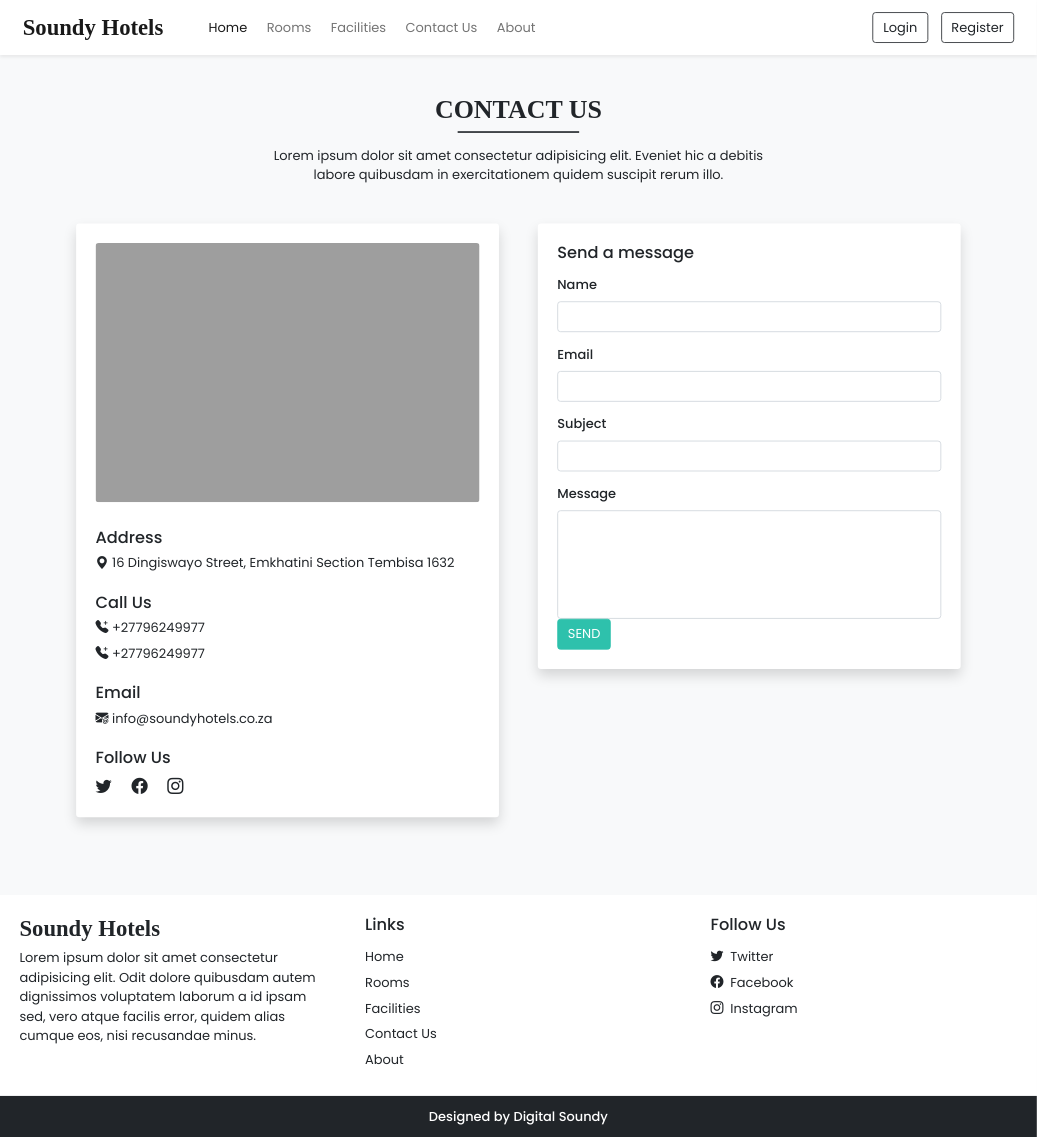
Repository: spencersoundy/Hotel-Booking-App
Page: http://localhost/contact.php
These files come from the project's save history. The page is drawn as it stood at one moment and after a run of saves; the edit follows.
The browser window is 1280 px wide. The pictures show the whole page, at 81% of full size.
Pictures or frames that could not be fetched are drawn as grey boxes. Some web fonts or font styles are not loaded; a fallback is used. The page is run by PHP 8.4 with error messages shown; the project is at /var/www/html/.

Above is the page before, as saved 2023-08-05 00:06:26.

After the next 3 saves:
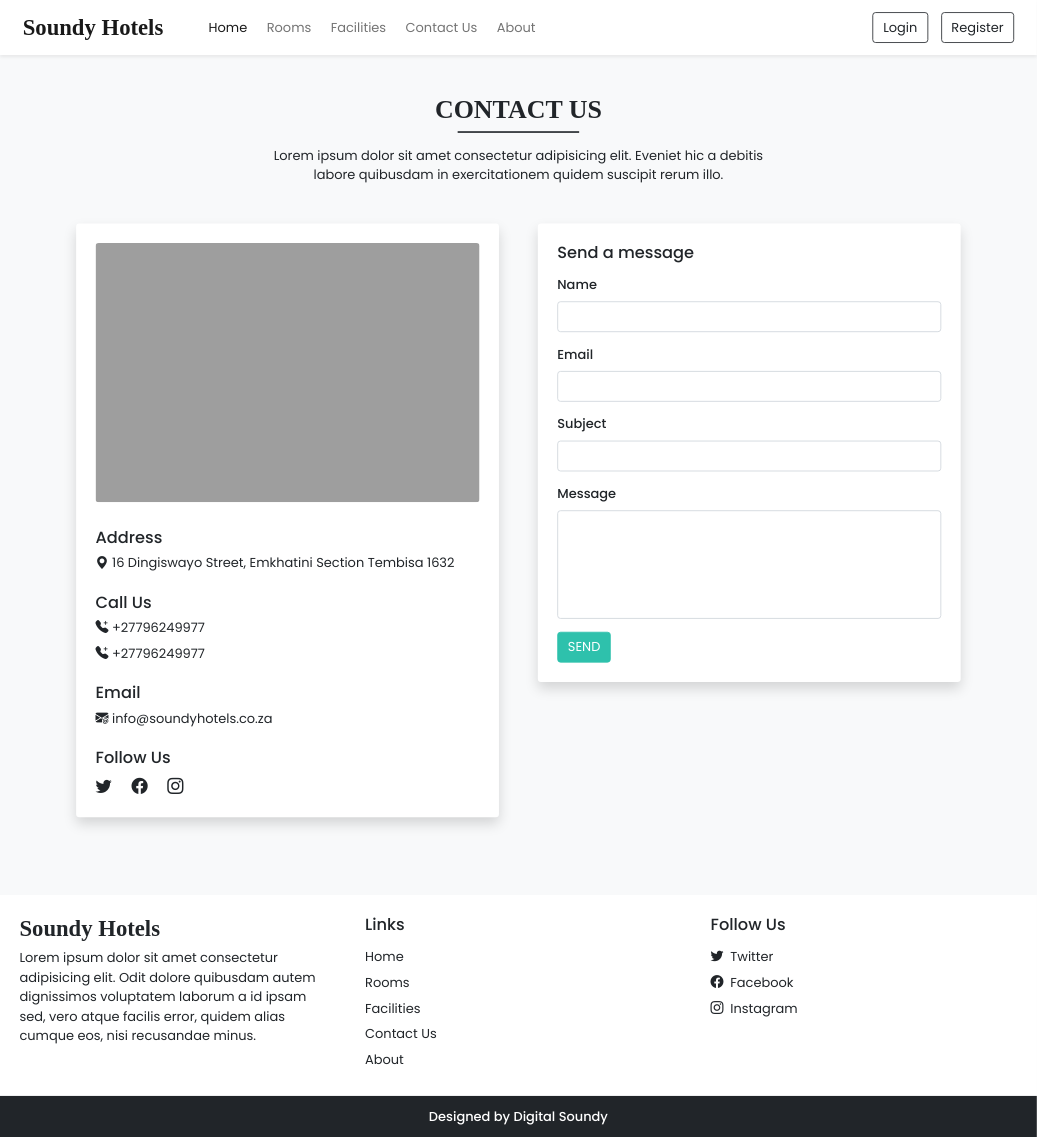
The 3 saves are shown as one change because they came seconds apart.
The last was saved 7 s later.
--- a/contact.php
+++ b/contact.php
@@ -78,7 +78,7 @@
                         <label class="form-label"style="font-weight: 500;">Message</label>
                         <textarea class="form-control shadow-none" rows="5" style="resize: none;"></textarea>
                     </div>
-                    <button type="submit" class="btn text-white custom-bg shadow-none">SEND</button>
+                    <button type="submit" class="btn text-white custom-bg mt-3 shadow-none">SEND</button>
                 </form>
             </div>
         </div>
